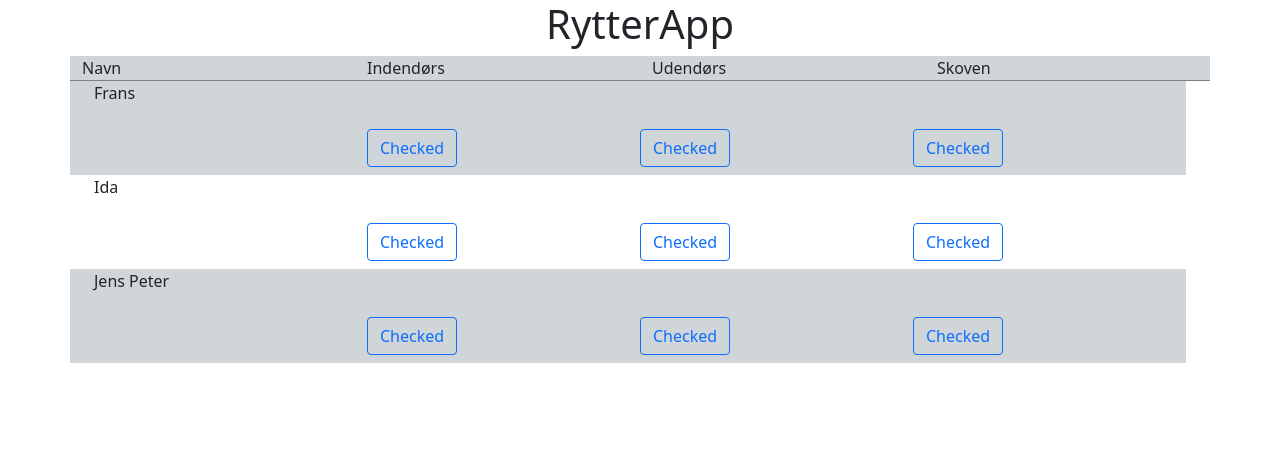
Repository: Flam1ga/test
Page: /
An editor plug-in stored every save of this project. The page is shown before and after a run of saves, followed by the edit.
The browser window is 1280 px wide. The pictures show the whole page.
The project was rebuilt for these pictures with package versions that can differ from the ones it lists, and the page was loaded fresh each time. Also part of the build but not shown: src/components/Button.css.

Above is the page before, as saved 2022-01-06 12:34:51.

After the next 2 saves:
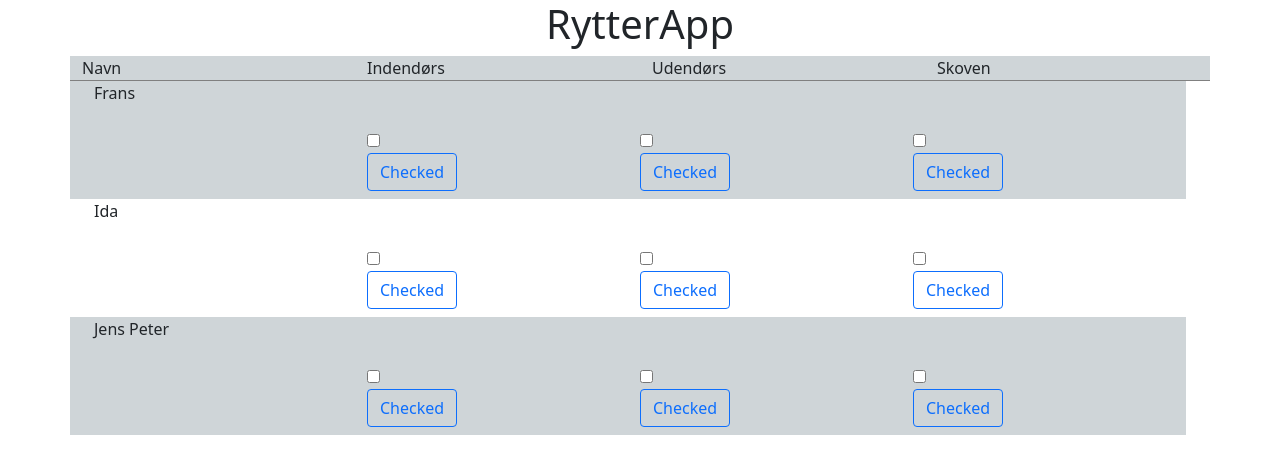
The 2 saves are shown as one change because 1 did not build or start.
The last was saved 33 s later.
--- a/src/components/Button.js
+++ b/src/components/Button.js
@@ -51,6 +51,8 @@ function Button() {
         ))}
       </ButtonGroup> */}
       <br />
+      <input type="checkbox" />
+      <br></br>
       <ToggleButton
         className="mb-2"
         id="toggle-check"
